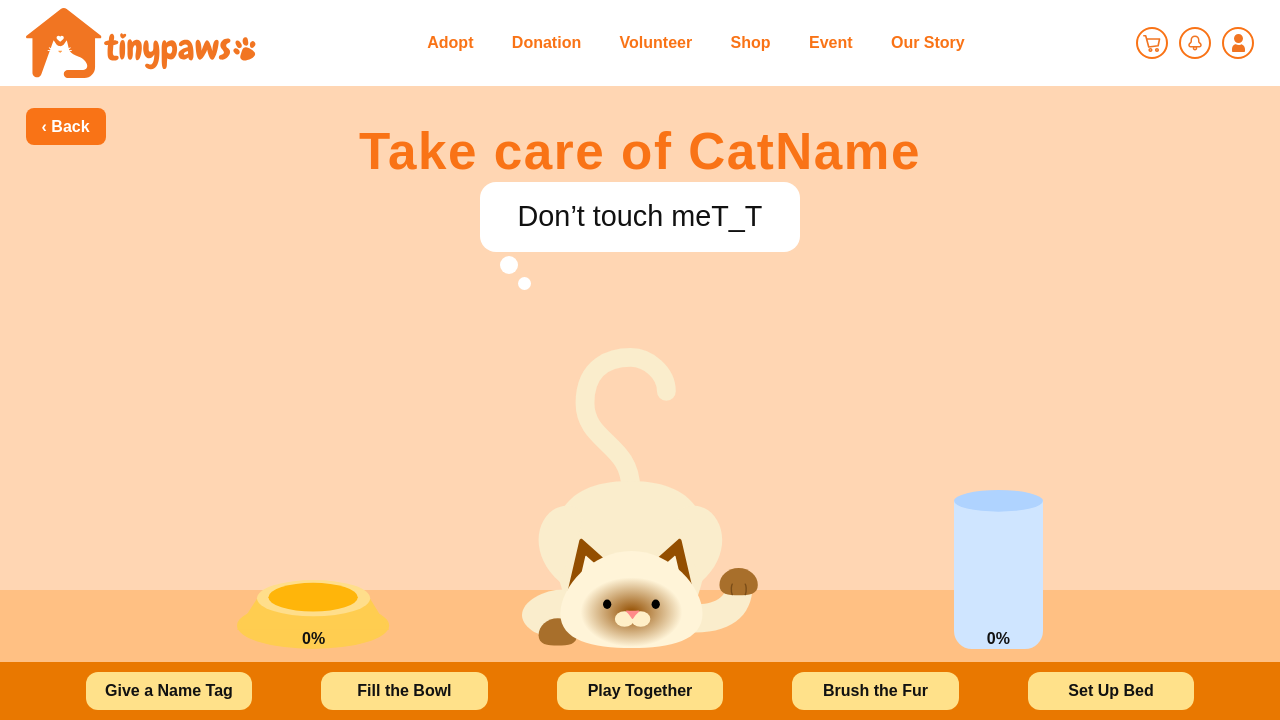
Repository: LShuyanLi/TinyPaws
Page: /, after clicking the first element matching `div > div`
These files come from the project's save history. The page is drawn as it stood at one moment and after the next save; the edit follows.
The browser window is 1280 px wide. The pictures show the whole page.
The project was rebuilt for these pictures with package versions that can differ from the ones it lists, and the page was loaded fresh each time. The framework's server and built-in components were replaced by stand-ins that run in the browser. Also part of the build but not shown: next.config.mjs.

Above is the page before, as saved 2026-05-09 23:18:05.

After the next save:
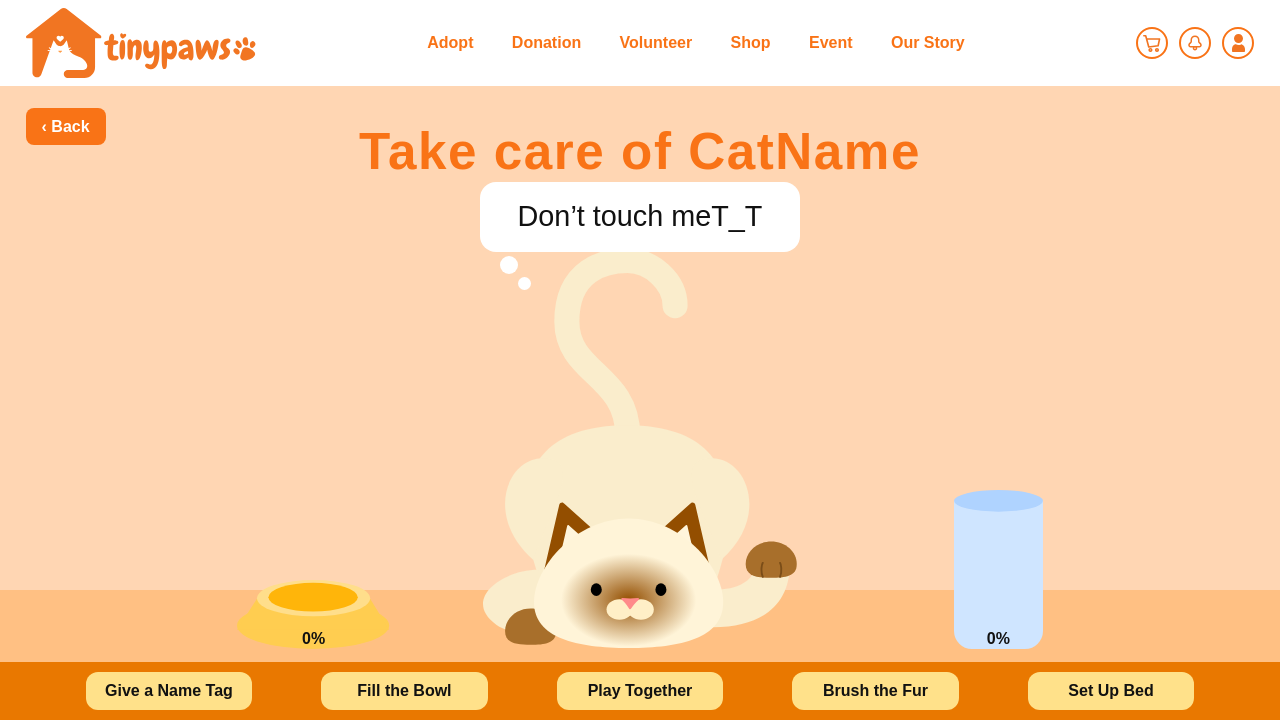
Saved 4 s later.
--- a/components/shared/CatDisplay.jsx
+++ b/components/shared/CatDisplay.jsx
@@ -55,7 +55,7 @@ export default function CatDisplay({
       <div
         style={{
           width: "400px",
-          height: "300px",
+          height: "400px",
           position: "relative",
         }}
       >
